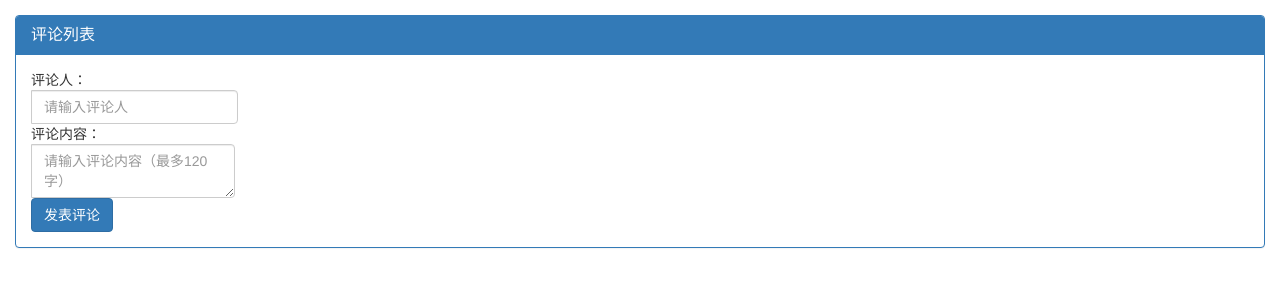
Repository: R1Deemo/ajax
Page: 评论列表.html
These files come from the project's save history. The page is drawn as it stood at one moment and after the next save; the edit follows.
The browser window is 1280 px wide. The pictures show the whole page.

Above is the page before, as saved 2022-10-26 10:15:50.

After the next save:
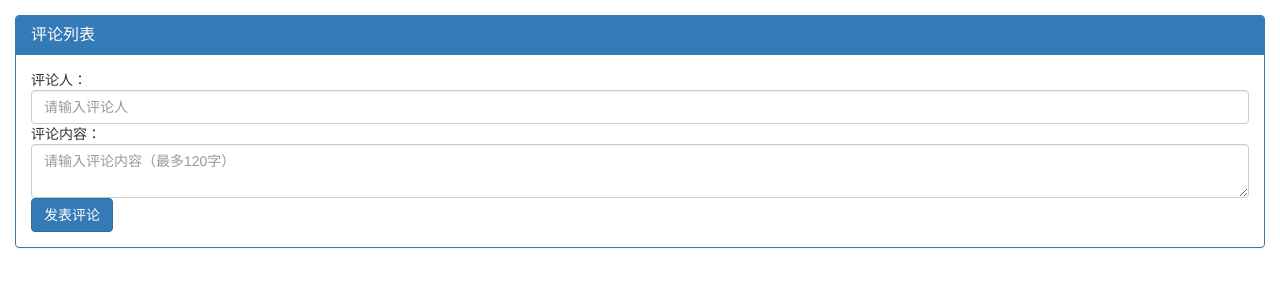
Saved 35 s later.
--- a/评论列表.html
+++ b/评论列表.html
@@ -19,11 +19,11 @@
             </div>
             <div class="panel-body">
 
-                <div class="input-group">
+                <div>
                     <div>评论人：</div>
                     <input type="text" class="form-control" id="exampleInputAmount" placeholder="请输入评论人">
                 </div>
-                <div class="input-group">
+                <div>
                     <div>评论内容：</div>
                     <textarea class="form-control" id="exampleInputAmount" placeholder="请输入评论内容（最多120字）"></textarea>
                 </div>
